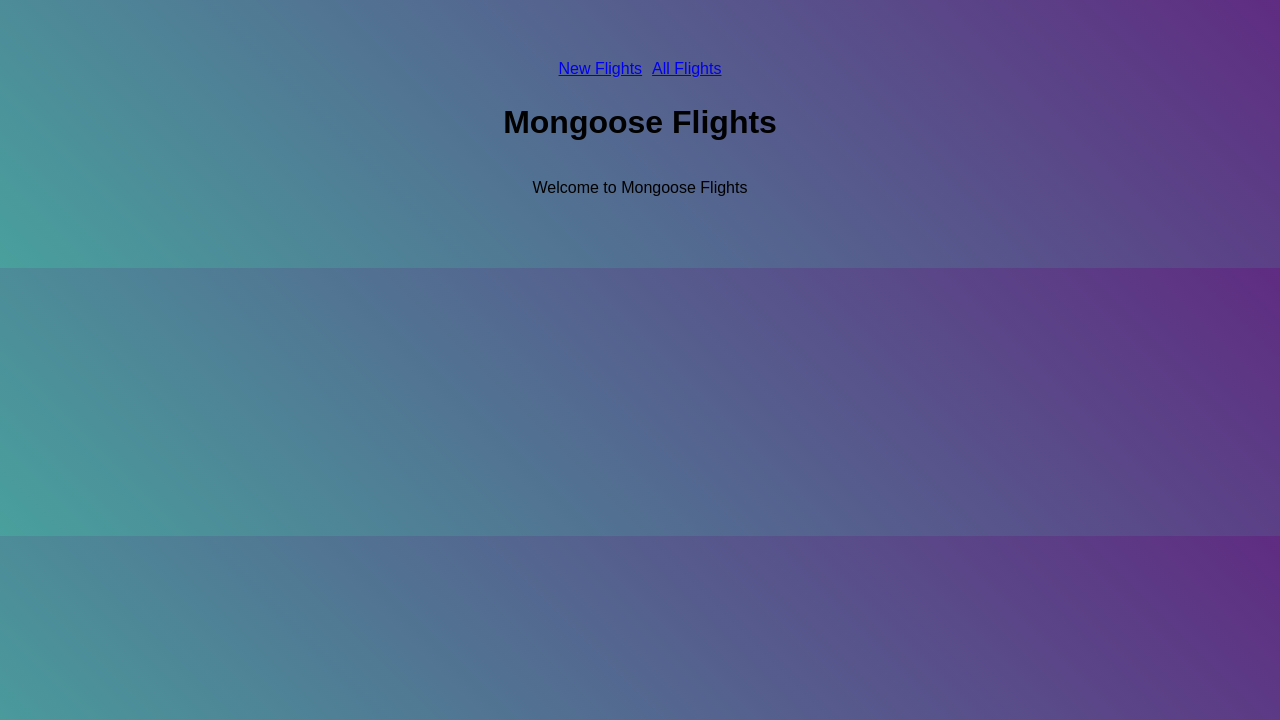
Repository: jmendoza13/mongoose-flights
Page: http://localhost/
These files come from the project's save history. The page is drawn as it stood at one moment and after the next save; the edit follows.
The browser window is 1280 px wide. The pictures show the whole page.
The page is served by the project's Node server (server.js). Other server files are loaded and not shown.

Above is the page before, as saved 2022-07-22 12:31:14.

### views/index.ejs
<%- include('./partials/header') %>

   <h1><%= title %></h1>
    <p>Welcome to <%= title %></p>

    <%- include('./partials/footer') %>

### views/Partials/header.ejs
<!DOCTYPE html>
<html lang="en">

<head>
    <meta charset="UTF-8">
    <meta http-equiv="X-UA-Compatible" content="IE=edge">
    <meta name="viewport" content="width=device-width, initial-scale=1.0">
    <link rel='stylesheet' href='/stylesheets/style.css' />
    <title>Flights</title>
</head>

<body>
    <nav>
        <a href="/flights/new">New Flights</a>
        <a href="/flights">All Flights</a>
    </nav>

### server.js
var createError = require('http-errors');
var express = require('express');
var path = require('path');
var cookieParser = require('cookie-parser');
var logger = require('morgan');

require('dotenv').config();

require('./config/database');

var indexRouter = require('./routes/index');
var flightsRouter = require('./routes/flights');
var destinationsRouter = require('./routes/destinations');
var ticketsRouter = require('./routes/tickets');

var app = express();

// view engine setup
app.set('views', path.join(__dirname, 'views'));
app.set('view engine', 'ejs');

app.use(logger('dev'));
app.use(express.json());
app.use(express.urlencoded({ extended: false }));
app.use(cookieParser());
app.use(express.static(path.join(__dirname, 'public')));

app.use('/', indexRouter);
app.use('/flights', flightsRouter);
app.use('/', destinationsRouter);
app.use('/', ticketsRouter);

// catch 404 and forward to error handler
app.use(function(req, res, next) {
  next(createError(404));
});

// error handler
app.use(function(err, req, res, next) {
  // set locals, only providing error in development
  res.locals.message = err.message;
  res.locals.error = req.app.get('env') === 'development' ? err : {};

  // render the error page
  res.status(err.status || 500);
  res.render('error');
});

module.exports = app;

### routes/index.js
var express = require('express');
var router = express.Router();

/* GET home page. */
router.get('/', function(req, res, next) {
  res.render('index', { title: 'Mongoose Flights' });
});

module.exports = router;

### public/stylesheets/style.css
body {
  padding: 50px;
  font-family: sans-serif;  display: grid;
  font-weight: 100;
  justify-content: center;
  background: linear-gradient(45deg, #49a09d, #5f2c82);
  background-repeat: contain;
  text-align: center;
  margin: 5px;
  grid-template-areas:
    "nav"
    "main"
}

nav, h1, p {
  display: flex;
  color: #010101;
  justify-content: center;
  align-items: center;
  text-align: center;
}

table {
	width: 800px;
	border-collapse: collapse;
	overflow: hidden;
	box-shadow: 0 0 20px rgba(0,0,0,0.1);
}

th, td {
	padding: 15px;
	background-color: rgba(255,255,255,0.2);
	color: #fff;
}

th {
	text-align: center;
}



a {
  padding: 5px;
}

Loaded but not shown: views/Partials/footer.ejs (common file)

After the next save:
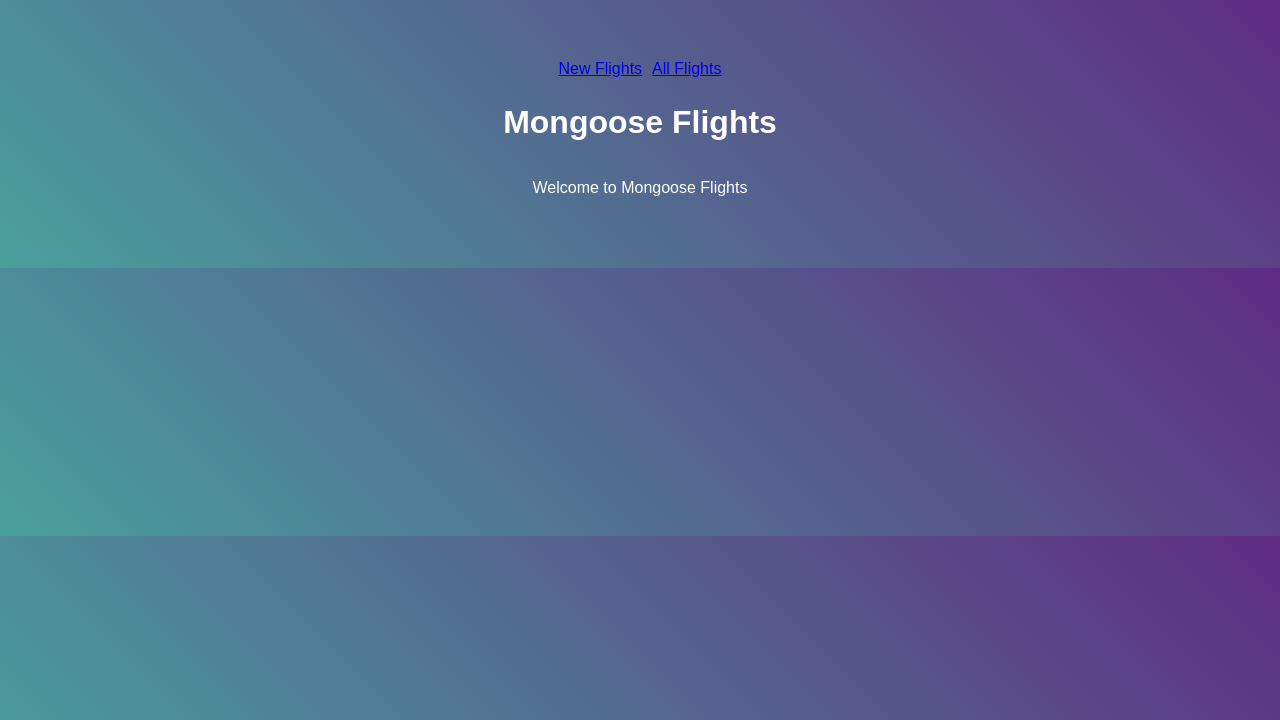
Saved 58 s later.
--- a/public/stylesheets/style.css
+++ b/public/stylesheets/style.css
@@ -14,7 +14,7 @@ body {
 
 nav, h1, p {
   display: flex;
-  color: #010101;
+  color: #ffffff;
   justify-content: center;
   align-items: center;
   text-align: center;
